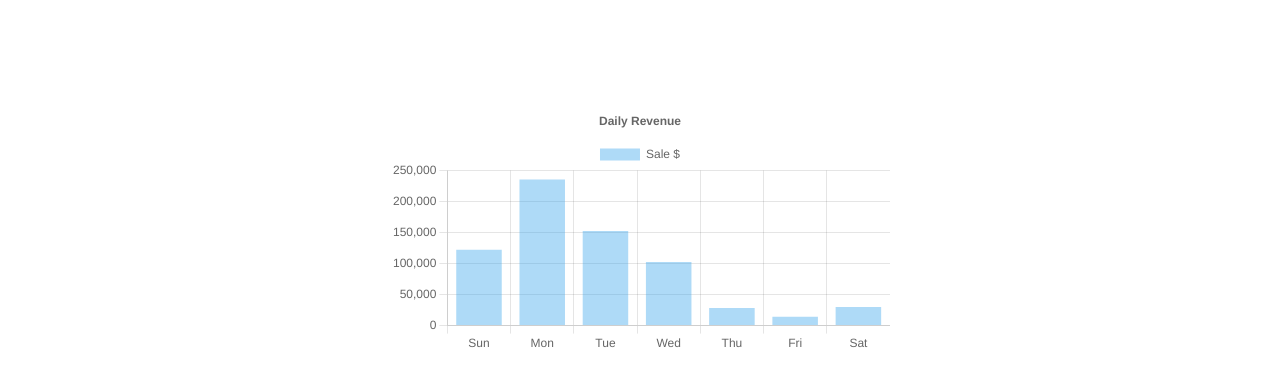
Repository: k8ANStar/exercise-5
Page: /
These files come from the project's save history. The page is drawn as it stood at one moment and after the next save; the edit follows.
The browser window is 1280 px wide. The pictures show the whole page.
The project was rebuilt for these pictures with package versions that can differ from the ones it lists, and the page was loaded fresh each time. The framework's server and built-in components were replaced by stand-ins that run in the browser. Also part of the build but not shown: next.config.mjs.

Above is the page before, as saved 2024-04-15 10:10:54.

After the next save:
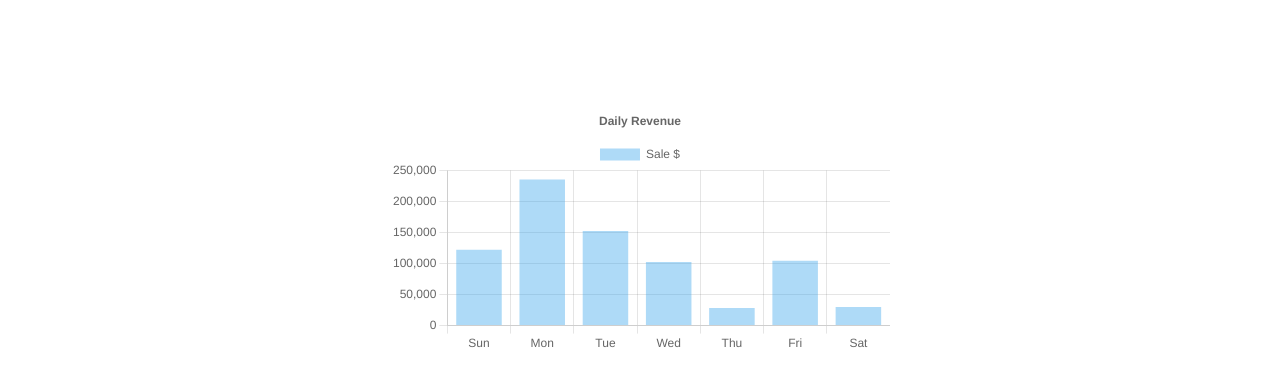
Saved 18 s later.
--- a/components/VerticalChart/index.js
+++ b/components/VerticalChart/index.js
@@ -33,7 +33,7 @@ export default function VerticalChart() {
 			datasets: [
 				{
 					label: "Sale $",
-					data: [122340, 235256, 152455, 102430, 28456, 14326, 30000],
+					data: [122340, 235256, 152455, 102430, 28456, 104326, 30000],
 					borderColor: "rgb(53, 162, 235)",
 					backgroundColor: "rgb(53, 162, 235, 0.4)",
 				},
